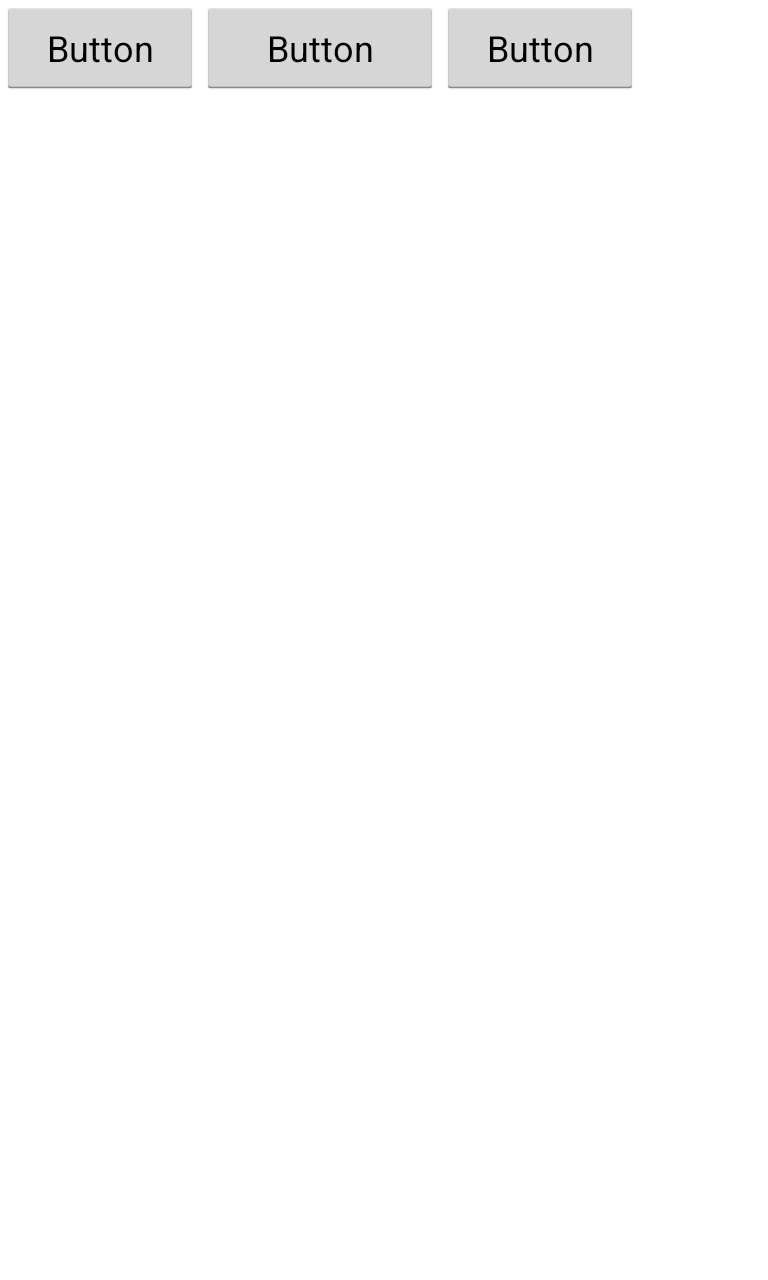
Repository: b-agarwal/rt-solomo
Layout: Rush/res/layout/fragment_header.xml
The author's editor kept a copy of each file at every save. The layout is drawn from the files as they stood at one save, then again after the next save.
It is drawn on a 768 x 1280 px phone screen (xhdpi) without system bars, with theme AppTheme; the app's code is not run.

Above is the layout before, as saved 2013-03-01 23:05:09.

After the next save:
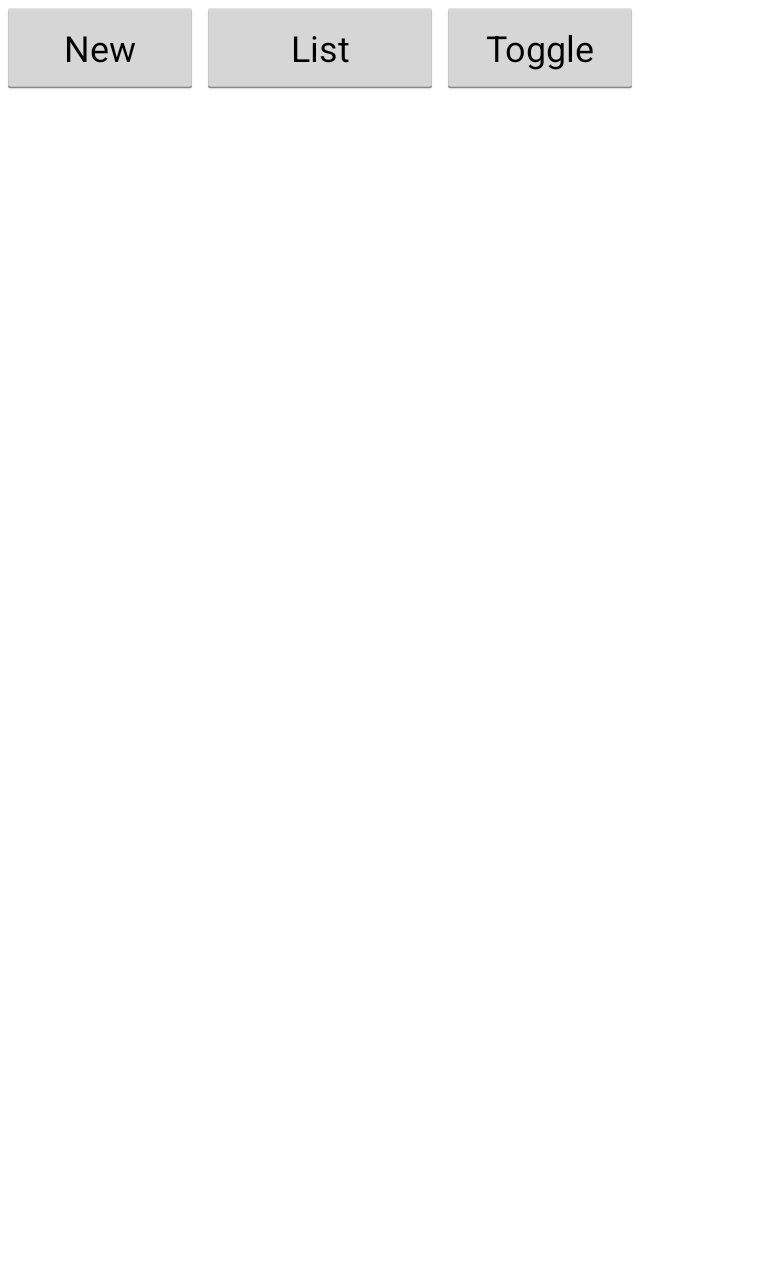
Saved 68 s later.
--- a/Rush/res/layout/fragment_header.xml
+++ b/Rush/res/layout/fragment_header.xml
@@ -7,18 +7,18 @@
         android:id="@+id/button1"
         android:layout_width="100dp"
         android:layout_height="wrap_content"
-        android:text="Button" />
+        android:text="@string/header_fragment_new_meeting_button_name" />
 
     <Button
         android:id="@+id/button2"
         android:layout_width="120dp"
         android:layout_height="wrap_content"
-        android:text="Button" />
+        android:text="@string/header_fragment_list_activities_button_name" />
 
     <Button
         android:id="@+id/button3"
         android:layout_width="100dp"
         android:layout_height="wrap_content"
-        android:text="Button" />
+        android:text="@string/header_fragment_toggle_button_name" />
 
 </LinearLayout>
